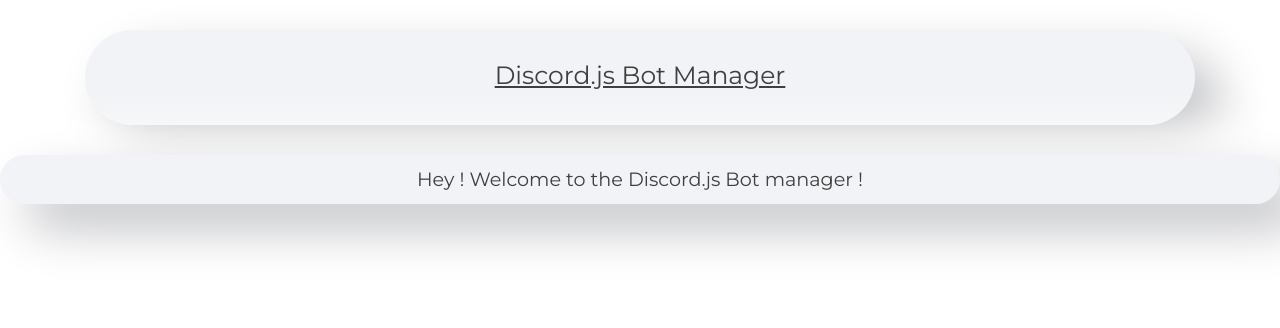
Repository: O-Schell/Discord-Bot-Manager
Page: Web_Interface/main.HTML
The author's editor kept a copy of each file at every save. The page is drawn from the files as they stood at one save, then again after the next save.
The browser window is 1280 px wide. The pictures show the whole page.
The style sheet was rebuilt from its Sass, Less or Tailwind sources for each picture, by a compiler version that may differ from the author's.

Above is the page before, as saved 2020-11-24 21:18:46.

After the next save:
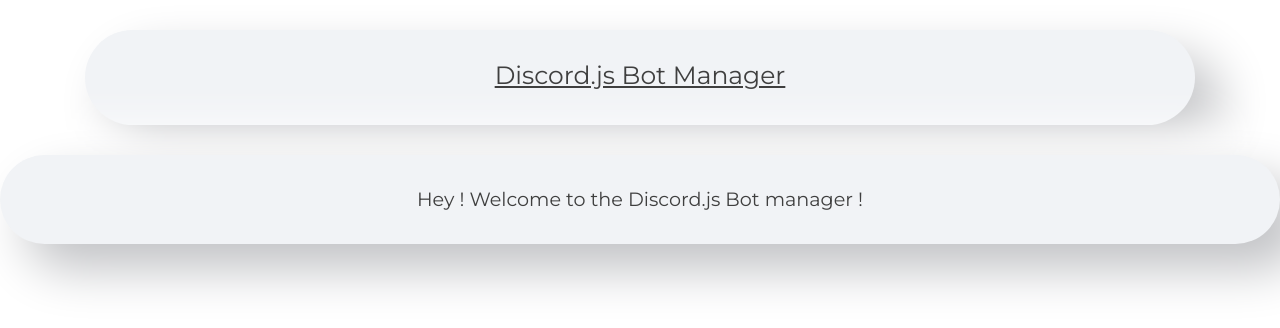
Saved 34 s later.
--- a/Web_Interface/style.scss
+++ b/Web_Interface/style.scss
@@ -32,7 +32,10 @@
 }
 
 .undertitle {
+  margin: 10px;
+  padding: 10px 10px;
   font-size: 1.5vw;
+  width: max-content;
   font-family: "Montserrat";
   color: #3f3f3f;
 }

After the save that followed:
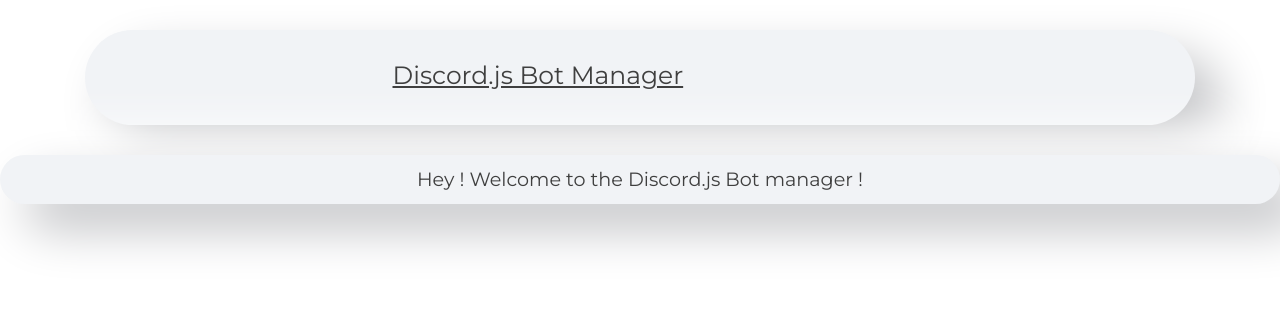
Saved 14 s later.
--- a/Web_Interface/style.scss
+++ b/Web_Interface/style.scss
@@ -14,7 +14,7 @@
 
 .center-div {
   margin: auto;
-  width: max-content;
+  width: 50%;
   padding: 10px;
 }
 
@@ -32,10 +32,7 @@
 }
 
 .undertitle {
-  margin: 10px;
-  padding: 10px 10px;
   font-size: 1.5vw;
-  width: max-content;
   font-family: "Montserrat";
   color: #3f3f3f;
 }
